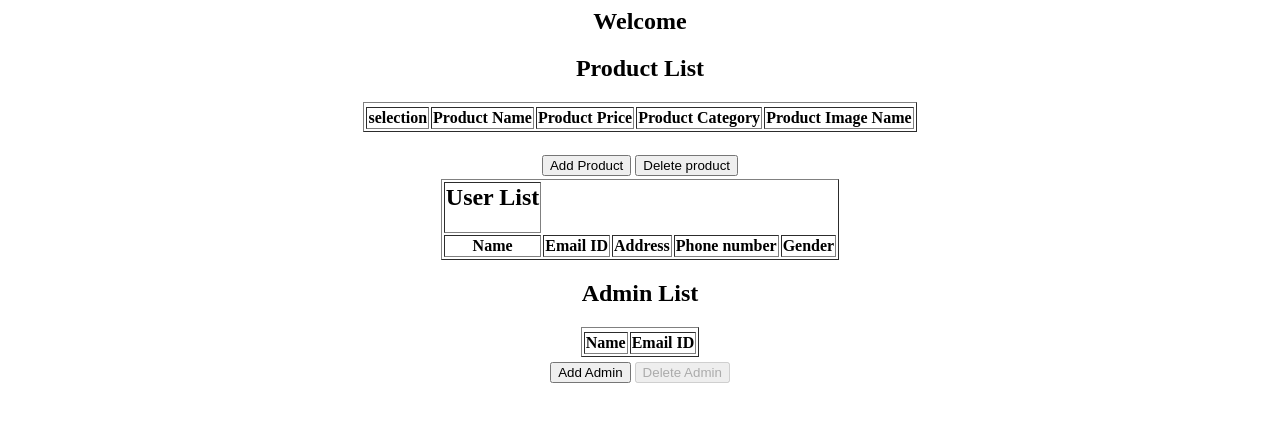
Repository: mohitpratapsingh/GSAP2015
Page: http://localhost/Team-C/adminBack
An editor plug-in stored every save of this project. The page is shown before and after the next save, followed by the edit.
The browser window is 1280 px wide. The pictures show the whole page.
The page is served by Tomcat 9. The template is opened directly, without the code that normally fills it, so the values that code supplies are empty.

Above is the page before, as saved 2015-09-08 03:49:07.

After the next save:
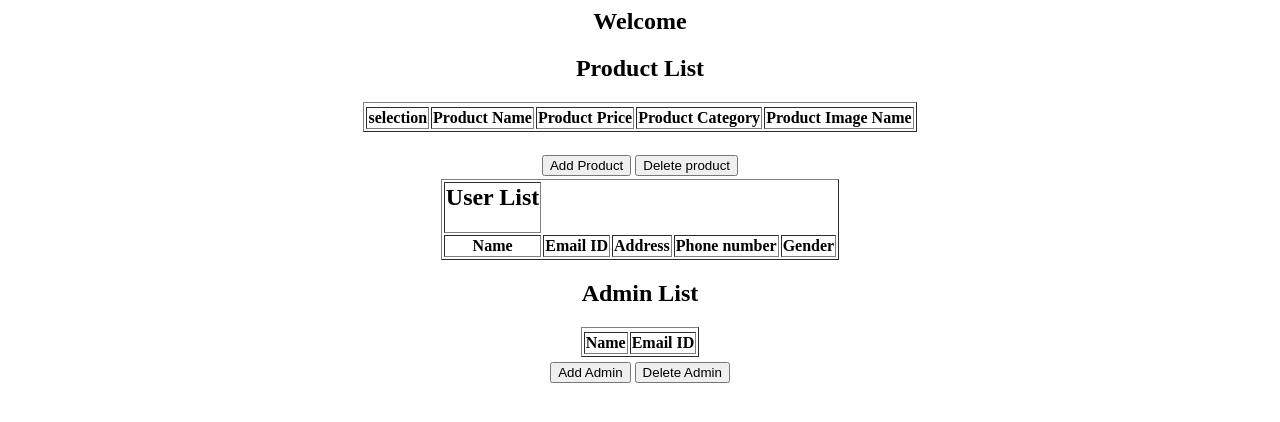
Saved 19 s later.
--- a/Team-C/src/main/webapp/WEB-INF/views/superAdminHome.jsp
+++ b/Team-C/src/main/webapp/WEB-INF/views/superAdminHome.jsp
@@ -110,7 +110,7 @@ Welcome ${dataMap.get("user").getUserFname()}
 <input type="button" value="Add Admin" onclick="window.location='adminRegForm';" />
 </td>
 <td>
-<input type="button" id="delAdmin" value="Delete Admin" disabled onclick="delAdmin()" />
+<input type="button" id="delAdmin" value="Delete Admin"  onclick="delAdmin()" />
 
 </td>
 </tr></table>
